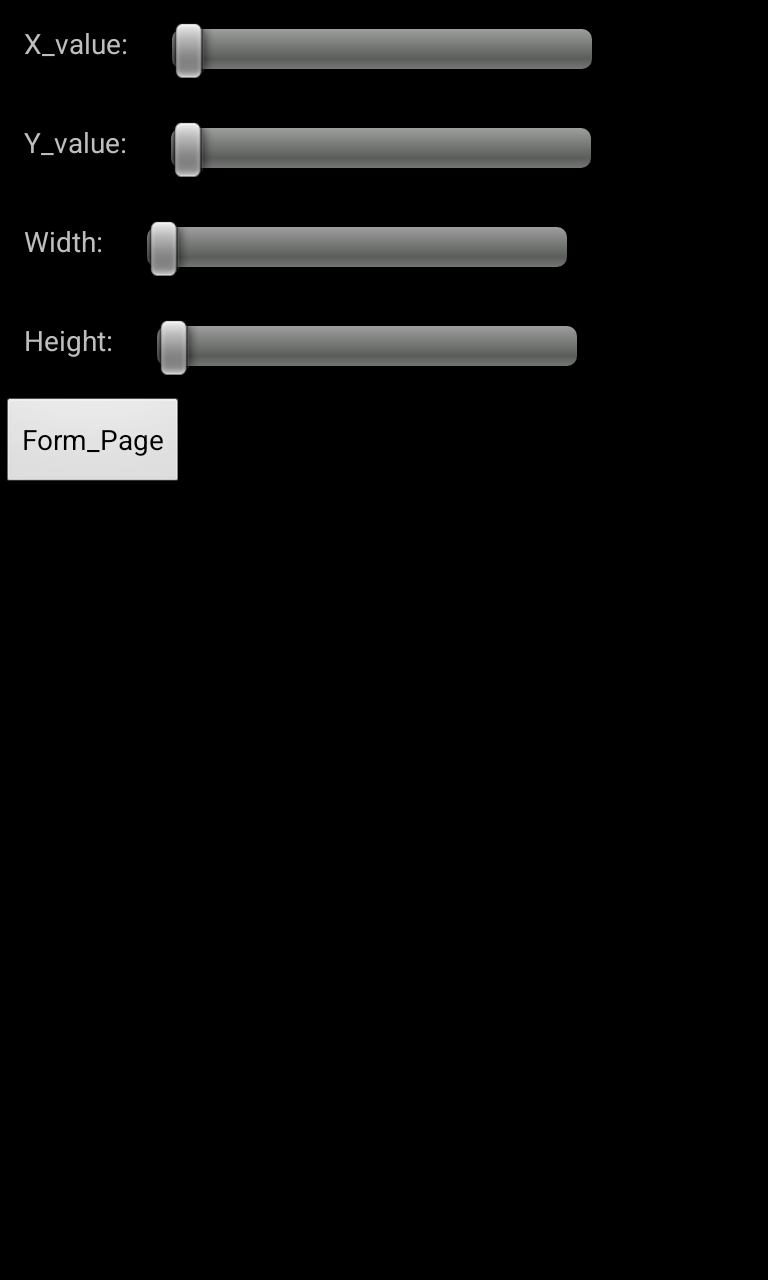
Repository: hzhang15/AndroidForm
Layout: workspace/demo_form_field/res/layout/test.xml
An editor plug-in stored every save of this project. The layout is shown before and after the next save, followed by the edit.
It is drawn on a 768 x 1280 px phone screen (xhdpi) without system bars, with theme android:Theme; the app's code is not run.

Above is the layout before, as saved 2014-09-21 06:05:56.

### workspace/demo_form_field/res/layout/test.xml
<?xml version="1.0" encoding="utf-8"?>
<LinearLayout xmlns:android="http://schemas.android.com/apk/res/android"
    android:layout_width="fill_parent"
    android:layout_height="fill_parent"
    android:orientation="vertical"
    >
    <LinearLayout
        android:layout_width="wrap_content"
        android:layout_height="wrap_content"
        android:orientation="horizontal"
        >
    	<TextView
    	    android:layout_width="wrap_content"
            android:layout_height="wrap_content"
    	    android:padding="12dp"
    	    android:text="@string/x_value" />
        <TextView
            android:id="@+id/textview1"
            android:layout_width="wrap_content"
            android:layout_height="wrap_content" />
        <SeekBar
        android:id="@+id/seekBar1"
        android:layout_width="230dp"
        android:layout_height="wrap_content"
        android:padding="10dp"
        android:max="100"/>
    </LinearLayout>

   <LinearLayout
        android:layout_width="wrap_content"
        android:layout_height="wrap_content"
        android:orientation="horizontal"
        >
    	<TextView
    	    android:layout_width="wrap_content"
            android:layout_height="wrap_content"
    	    android:padding="12dp"
    	    android:text="@string/y_value" />
        <TextView
            android:id="@+id/textview2"
            android:layout_width="wrap_content"
            android:layout_height="wrap_content" />

    	<SeekBar
        android:id="@+id/seekBar2"
        android:layout_width="230dp"
        android:layout_height="wrap_content"
        android:padding="10dp"
        android:max="200"/>
    </LinearLayout>

    <LinearLayout
        android:layout_width="wrap_content"
        android:layout_height="wrap_content"
        android:orientation="horizontal"
        >
    	<TextView
    	    android:layout_width="wrap_content"
            android:layout_height="wrap_content"
    	    android:padding="12dp"
    	    android:text="@string/width" />
        <TextView
            android:id="@+id/textview3"
            android:layout_width="wrap_content"
            android:layout_height="wrap_content" />

    	<SeekBar
        android:id="@+id/seekBar3"
        android:layout_width="230dp"
        android:layout_height="wrap_content"
        android:padding="10dp"
        android:max="150"/>
    </LinearLayout>

    <LinearLayout
        android:layout_width="wrap_content"
        android:layout_height="wrap_content"
        android:orientation="horizontal"
        >
    	<TextView
    	    android:layout_width="wrap_content"
            android:layout_height="wrap_content"
    	    android:padding="12dp"
    	    android:text="@string/height" />
        <TextView
            android:id="@+id/textview4"
            android:layout_width="wrap_content"
            android:layout_height="wrap_content" />

    	<SeekBar
        android:id="@+id/seekBar4"
        android:layout_width="230dp"
        android:layout_height="wrap_content"
        android:padding="10dp"
        android:max="175"/>
     </LinearLayout>

    <Button
        android:id="@+id/form_page"
        android:layout_width="wrap_content"
        android:layout_height="wrap_content"
        android:text="@string/form_page"
        android:layout_alignParentBottom="true" />

</LinearLayout>

### workspace/demo_form_field/res/values/strings.xml
<?xml version="1.0" encoding="utf-8"?>
<resources>

    <string name="hello">Hello World, mainActivity!</string>
    <string name="test_name">Test_Page</string>
    <string name="app_name">Demo_form_field</string>
	<string name="hint">Please enter the text!</string>
	<string name="x_value">X_value:</string>
	<string name="y_value">Y_value:</string>
	<string name="width">Width:</string>
	<string name="height">Height:</string>
	<string name="form_page">Form_Page</string>


</resources>

After the next save:
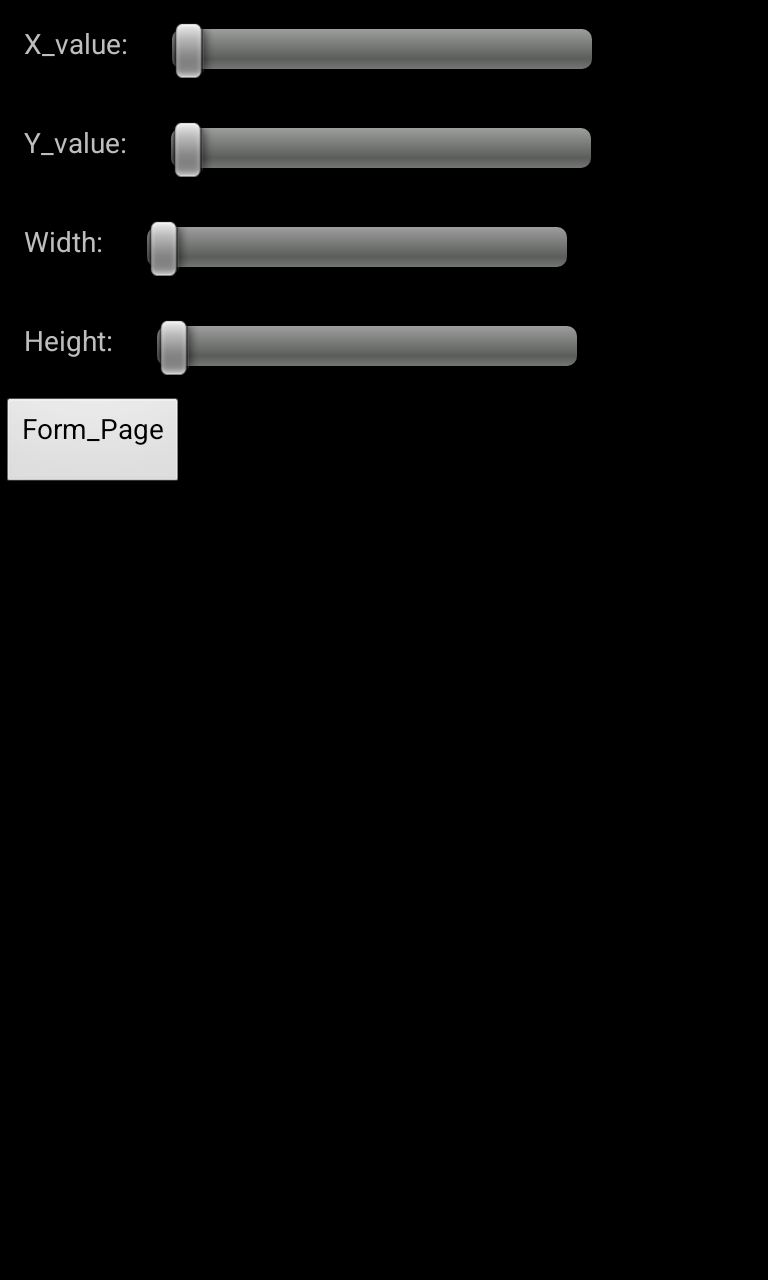
Saved 2 min 33 s later.
--- a/workspace/demo_form_field/res/layout/test.xml
+++ b/workspace/demo_form_field/res/layout/test.xml
@@ -100,6 +100,6 @@
         android:layout_width="wrap_content"
         android:layout_height="wrap_content"
         android:text="@string/form_page"
-        android:layout_alignParentBottom="true" />
+        android:gravity="right" />
 
 </LinearLayout>
